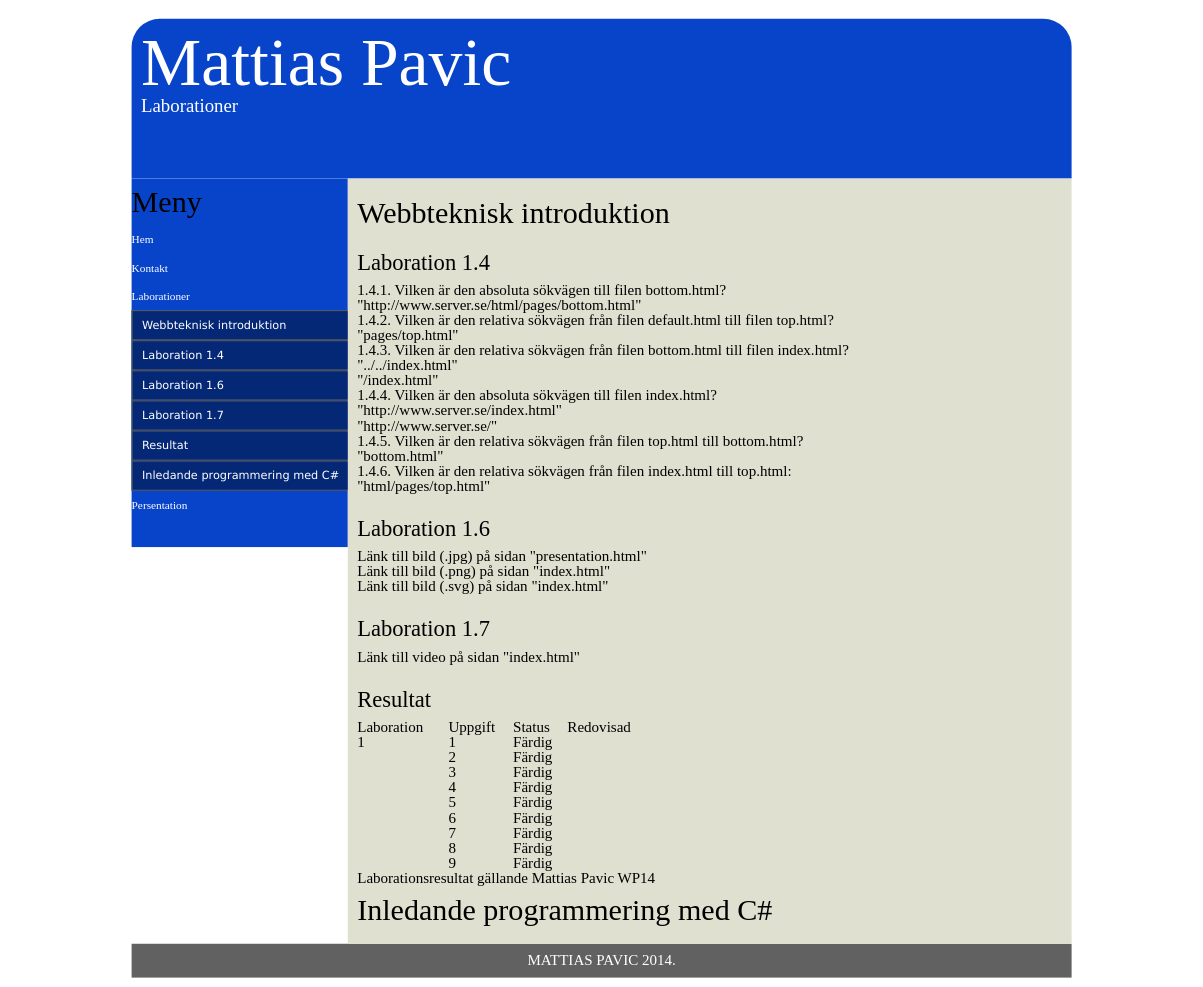
Repository: mp222sf/1ik415-laborationer
Page: pages/laborationer.html
The author's editor kept a record of every edit. The page is drawn from the files as they stood at one moment, then again after the next edit.
The browser window is 1280 px wide. The pictures show the whole page, at 94% of full size.

Above is the page before.

After the next edit:
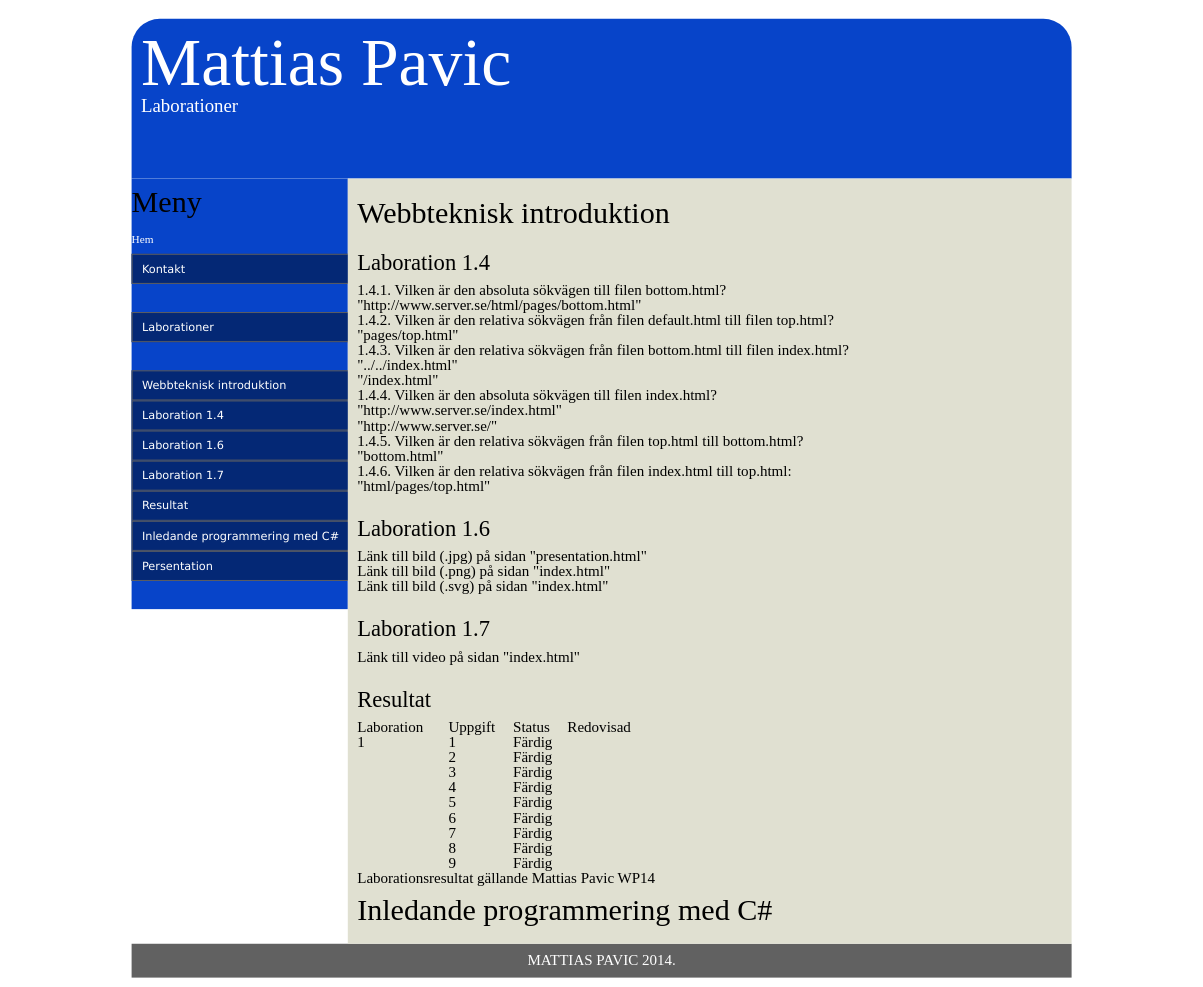
The edit:
--- a/pages/laborationer.html
+++ b/pages/laborationer.html
@@ -14,9 +14,9 @@
             <div id="navigation">
                 <h4>Meny</h4>
                 <ul>
-                <a href="../index.html">Hem</a><br>
-                <a href="kontakt.html">Kontakt</a><br>
-                <a href="laborationer.html">Laborationer</a><br>
+                <li></li><a href="../index.html">Hem</a><br>
+                 <li><a href="kontakt.html">Kontakt</a><br>
+                 <li><a href="laborationer.html">Laborationer</a><br>
                     <ul>
                     <li><a href="#webbteknisk_introduktion">Webbteknisk introduktion</a></li>
                     <li><a href="#laboration_1.4">Laboration 1.4</a></li>
